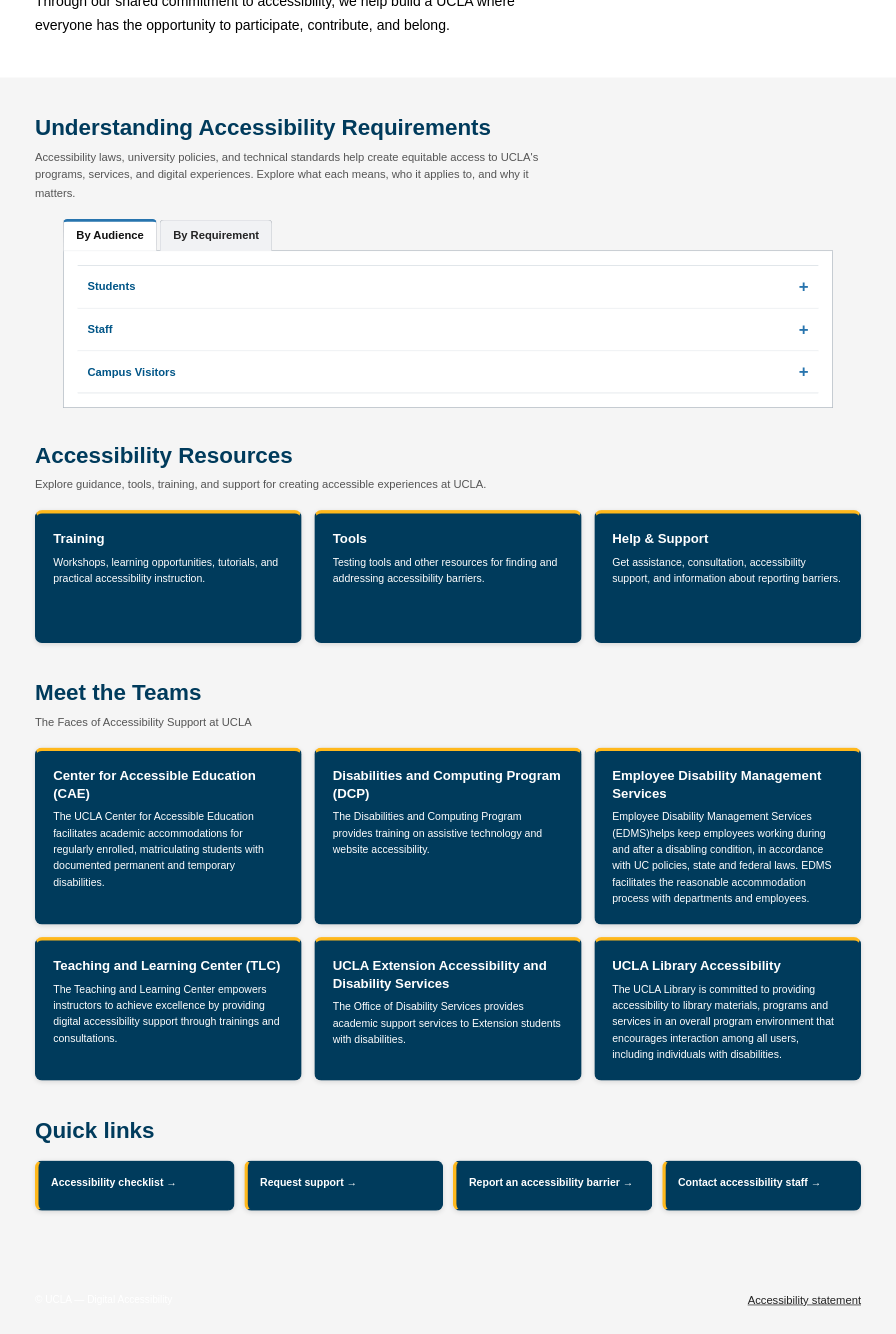
Repository: PSunnywell/UCLA-A11y-barrier-page
Page: index_tabs_with_accordions.html
These files come from the project's save history. The page is drawn as it stood at one moment and after the next save; the edit follows.
The browser window is 1280 px wide. The pictures show the part of the page from y = 674 to 2594 px (the page is 2580 px tall before and 2594 px after), at 70% of full size.

Above is the page before, as saved 2026-10-13 17:28:31.
Not found: search.js

After the next save:
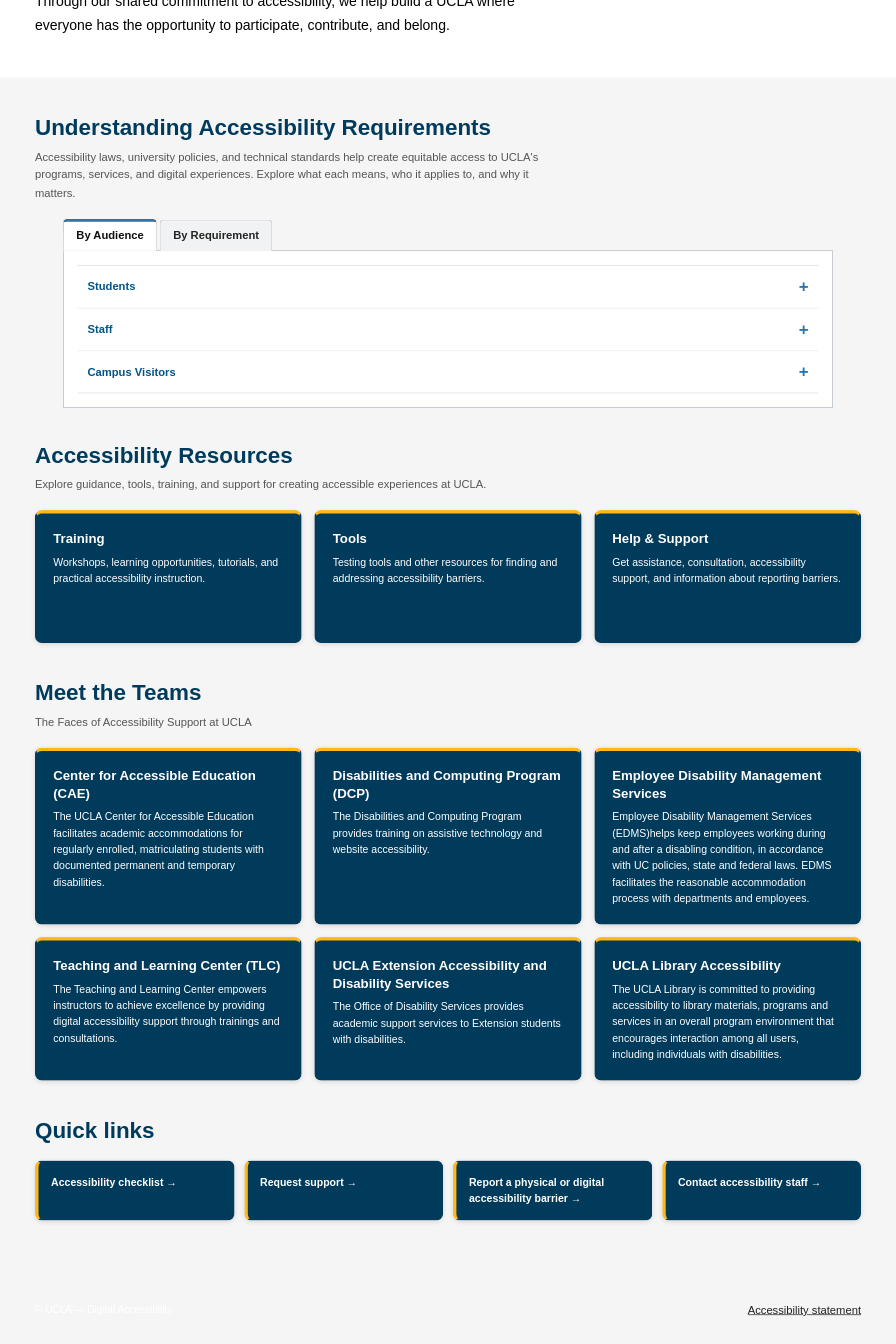
Saved 2 min 11 s later.
--- a/index_tabs_with_accordions.html
+++ b/index_tabs_with_accordions.html
@@ -339,7 +339,7 @@
           class="quick-link"
           href="report-barrier.html"
         >
-          Report an accessibility barrier →
+          Report a physical or digital accessibility barrier →
         </a>
 
         <a
